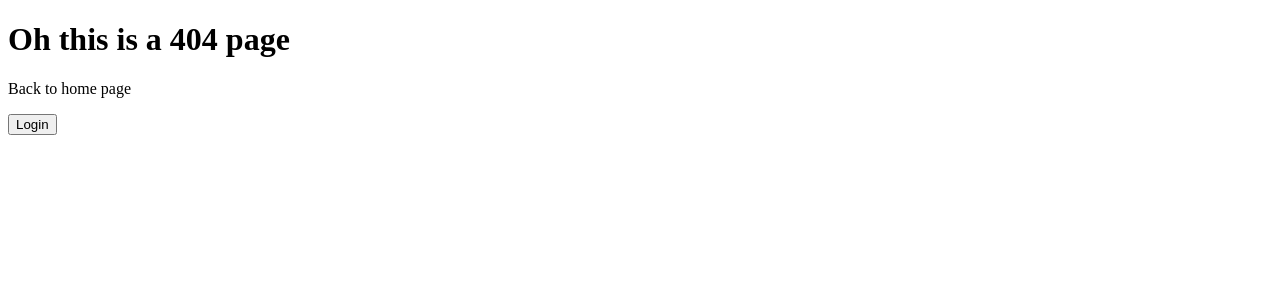
Repository: 2001usfpega/ZhenJ-code
Page: Project1/Showmethemoney/src/main/webapp/resources/html/404.html
These files come from the project's save history. The page is drawn as it stood at one moment and after the next save; the edit follows.
The browser window is 1280 px wide. The pictures show the whole page.

Above is the page before, as saved 2020-02-09 16:54:02.

### Project1/Showmethemoney/src/main/webapp/resources/html/404.html
<!DOCTYPE html>
<html>
<head>
<meta charset="UTF-8">
<title>Insert title here</title>
</head>
<body>

<H1>Oh this is a 404 page </H1>

<div class="login-container">
		<!-- FRONT CONTROLLER EXAMPLE -->


		<form method="post" action="/Showmethemoney/homepage">
			<p>Back to home page</p>

			<input type="submit" value="Login" />
		</form>


	</div>
</body>
</html>

After the next save:
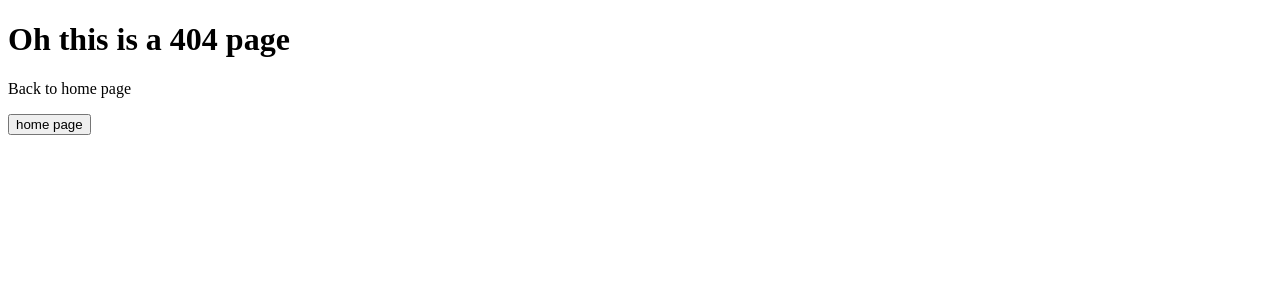
Saved 7 s later.
--- a/Project1/Showmethemoney/src/main/webapp/resources/html/404.html
+++ b/Project1/Showmethemoney/src/main/webapp/resources/html/404.html
@@ -15,7 +15,7 @@
 		<form method="post" action="/Showmethemoney/homepage">
 			<p>Back to home page</p>
 
-			<input type="submit" value="Login" />
+			<input type="submit" value="home page" />
 		</form>
 
 
